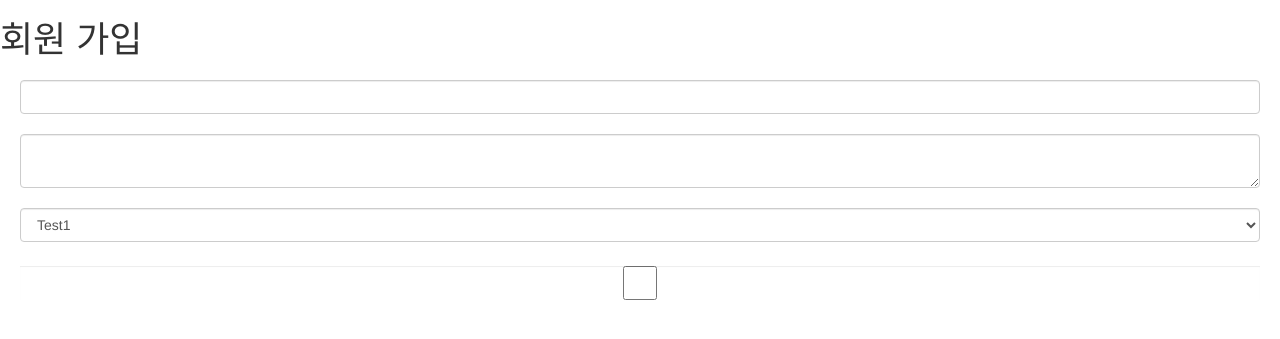
Repository: abbyinkr/BootstrapStudy
Page: BootStrapWork/WebContent/BootEx03.html
An editor plug-in stored every save of this project. The page is shown before and after the next save, followed by the edit.
The browser window is 1280 px wide. The pictures show the whole page.

Above is the page before, as saved 2021-07-01 03:48:54.

### BootStrapWork/WebContent/BootEx03.html
<!DOCTYPE html>
<html>
<head>
<meta charset="UTF-8">
<title>BootEx03.html</title>
<link rel="stylesheet" href="css/bootstrap.css">
<script type="text/javascript" src="http://code.jquery.com/jquery.min.js"></script>
<script type="text/javascript" src="js/bootstrap.min.js"></script>


</head>
<body>

<h1>회원 가입</h1>

<form action="" style="width: 500ppx; margin: 20px;">

	<input type="text" class="form-control"/>
	<br />

	<textarea rows="" cols="" class="form-control"></textarea>
	<br />

	<select class="form-control">
		<option value="">Test1</option>
		<option value="">Test2</option>
		<option value="">Test3</option>
		<option value="">Test4</option>
	</select>
	<br />

	<input type="checkbox" class="form-control"/>
	<br />


</form>

</body>
</html>

Loaded but not shown: BootStrapWork/WebContent/css/bootstrap.css (library); BootStrapWork/WebContent/js/bootstrap.min.js (library)

After the next save:
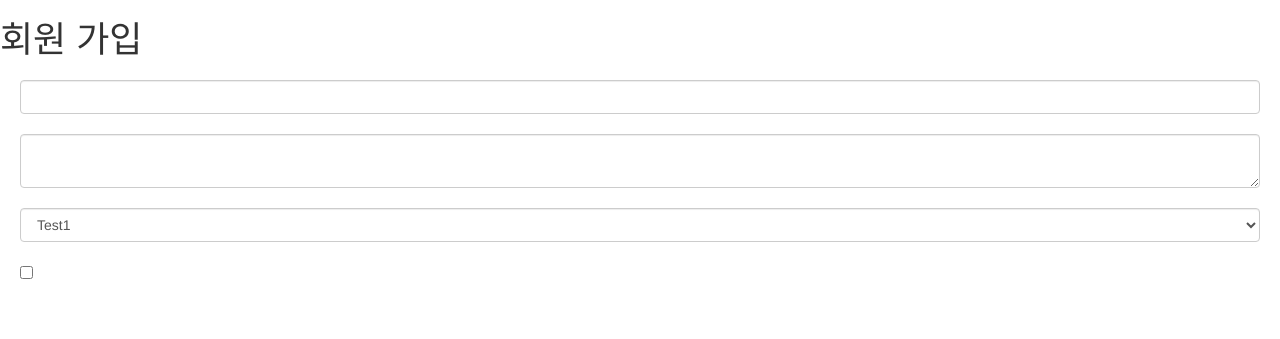
Saved 81 s later.
--- a/BootStrapWork/WebContent/BootEx03.html
+++ b/BootStrapWork/WebContent/BootEx03.html
@@ -29,7 +29,7 @@
 	</select>
 	<br />
 
-	<input type="checkbox" class="form-control"/>
+	<input type="checkbox"/>
 	<br />
 
 
